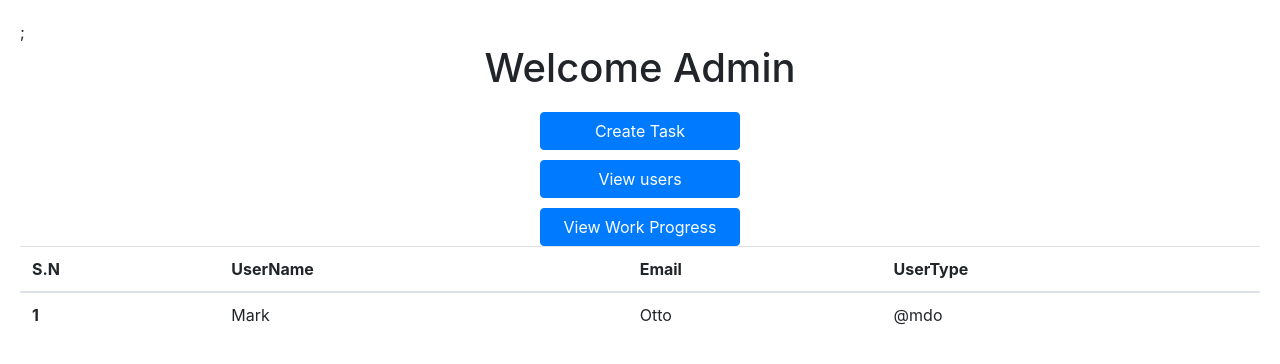
Repository: neha-rouniyar/taskmgmt
Page: http://localhost/admin/view-users
The author's editor kept a copy of each file at every save. The page is drawn from the files as they stood at one save, then again after a run of saves.
The browser window is 1280 px wide. The pictures show the whole page.
Some web libraries are served in a nearby version. The page is served by the project's Laravel application, run on PHP 8.4 with Laravel 10.

Above is the page before, as saved 2023-12-11 14:58:06.

After the next 6 saves:
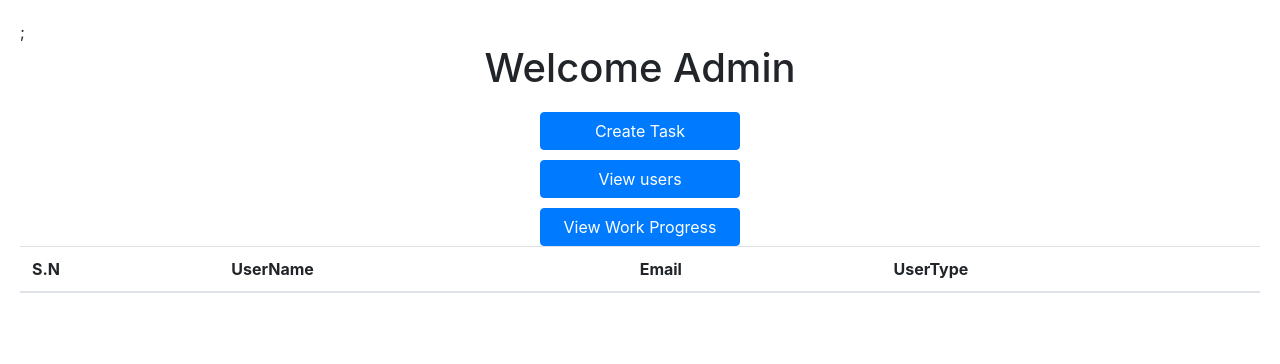
The 6 saves are shown as one change because they came seconds apart.
The last was saved 20 s later.
--- a/resources/views/admin/viewUsers.blade.php
+++ b/resources/views/admin/viewUsers.blade.php
@@ -11,12 +11,14 @@
       </tr>
     </thead>
     <tbody>
+        @foreach ($users as $data )
       <tr>
         <th>1</th>
         <td>Mark</td>
         <td>Otto</td>
         <td>@mdo</td>
       </tr>
+      @endforeach
     </tbody>
   </table>
 
